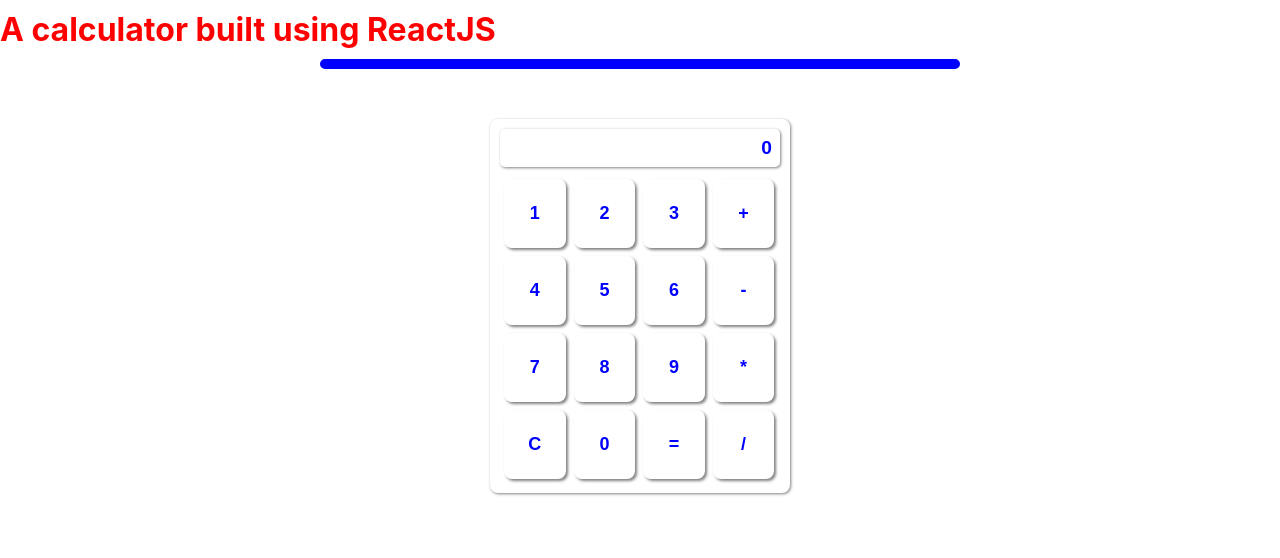
Repository: qudos4real/calculator
Page: /
The author's editor kept a copy of each file at every save. The page is drawn from the files as they stood at one save, then again after the next save.
The browser window is 1280 px wide. The pictures show the whole page.
The project was rebuilt for these pictures with package versions that can differ from the ones it lists, and the page was loaded fresh each time.

Above is the page before, as saved 2022-10-09 14:48:57.

After the next save:
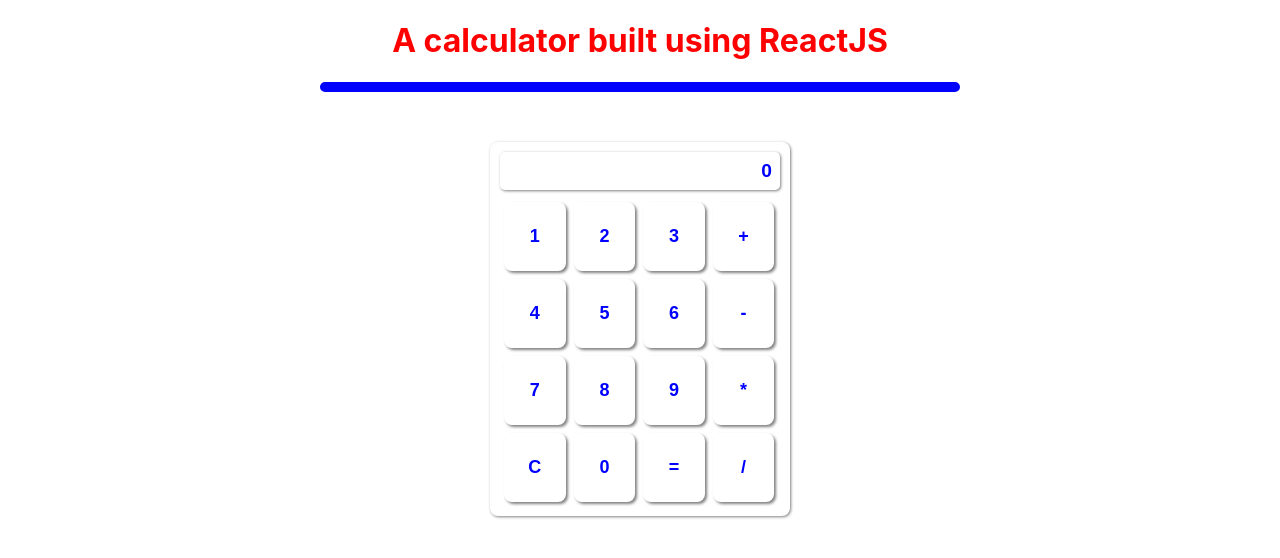
Saved 13 s later.
--- a/src/components/Title.css
+++ b/src/components/Title.css
@@ -1,6 +1,6 @@
 .title {
     color: red;
-    margin: 10px auto;
+  text-align: center;
 }
 hr {
     border: 5px solid blue;
